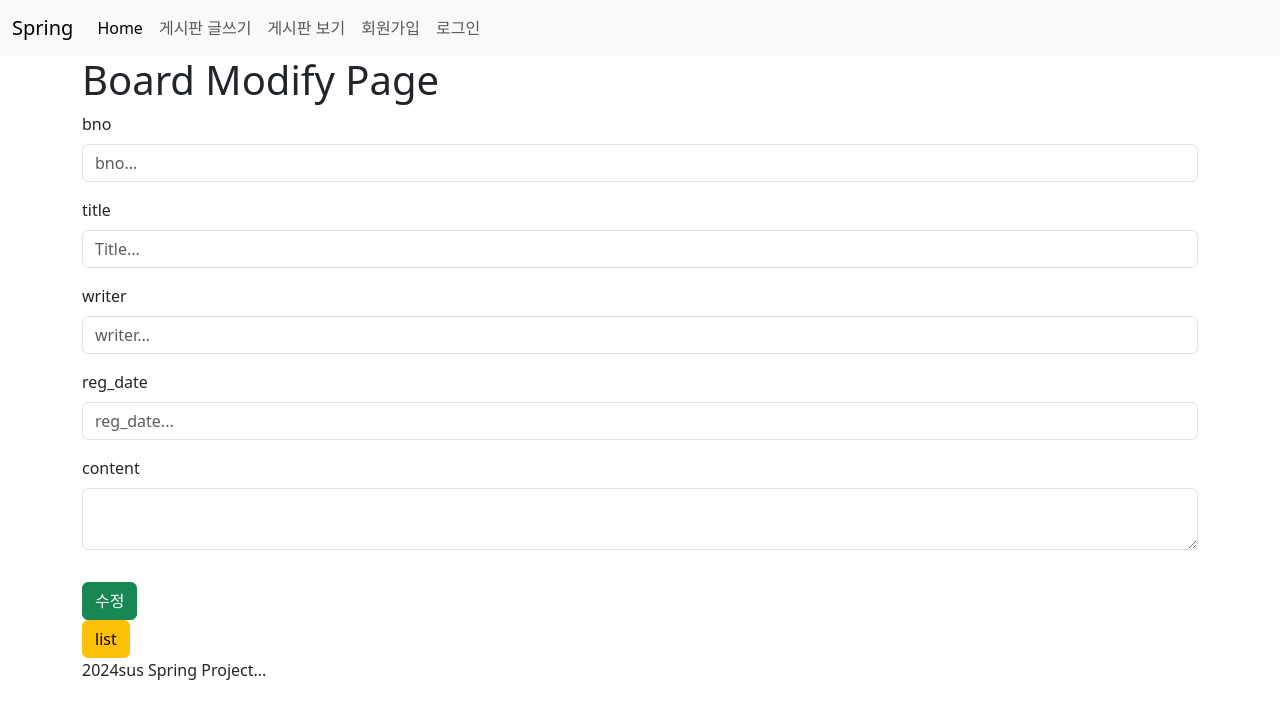
Repository: Ceciliaseon/springTest20240430
Page: http://localhost/spring_study/WEB-INF/views/board/modify.jsp
An editor plug-in stored every save of this project. The page is shown before and after the next save, followed by the edit.
The browser window is 1280 px wide. The pictures show the whole page.
The page is served by Tomcat 9. Nobody is signed in. The template is opened directly, without the code that normally fills it, so the values that code supplies are empty.

Above is the page before, as saved 2024-04-30 01:02:20.

After the next save:
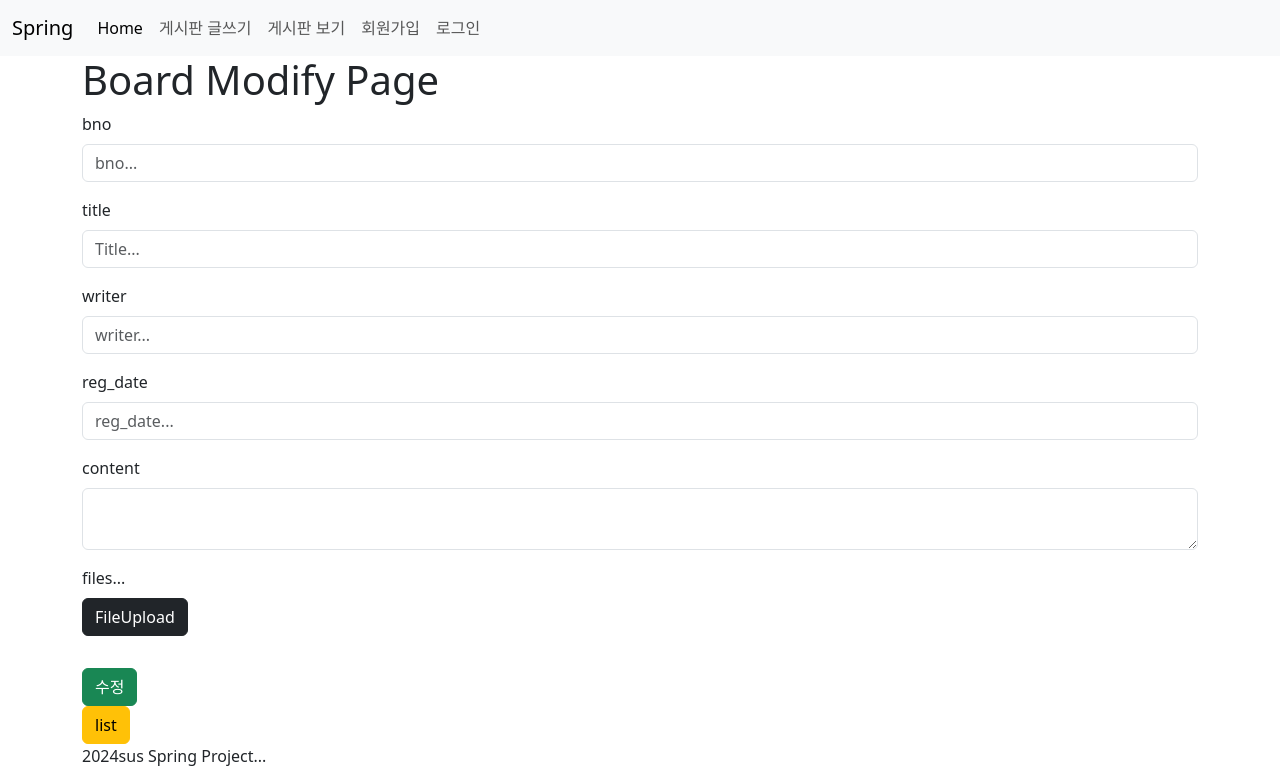
Saved 31 min 38 s later.
--- a/spring_study/src/main/webapp/WEB-INF/views/board/modify.jsp
+++ b/spring_study/src/main/webapp/WEB-INF/views/board/modify.jsp
@@ -28,6 +28,17 @@
 			  <textarea class="form-control" id="c" name="content" aria-label="With textarea" >${bvo.content }</textarea>
 			</div>
 
+			<!-- 파일 추가 -->
+			<div class="mb-3">
+			  <label for="file" class="form-label">files...</label>
+			  <input type="file" class="form-control" name="files" id="file" multiple="multiple" style="display: none"> <br>
+			  <button type="button" class="btn btn-dark" id="trigger">FileUpload</button>
+			</div>
+
+			<!-- 파일 목록 표시라인 -->
+			<div class="mb-3" id="fileZone">
+
+			</div>
 			<c:set value="${bdto.flist }" var="flist" />
 			<div class="mb-3">
 				<ul class="list-group list-group-flush">
